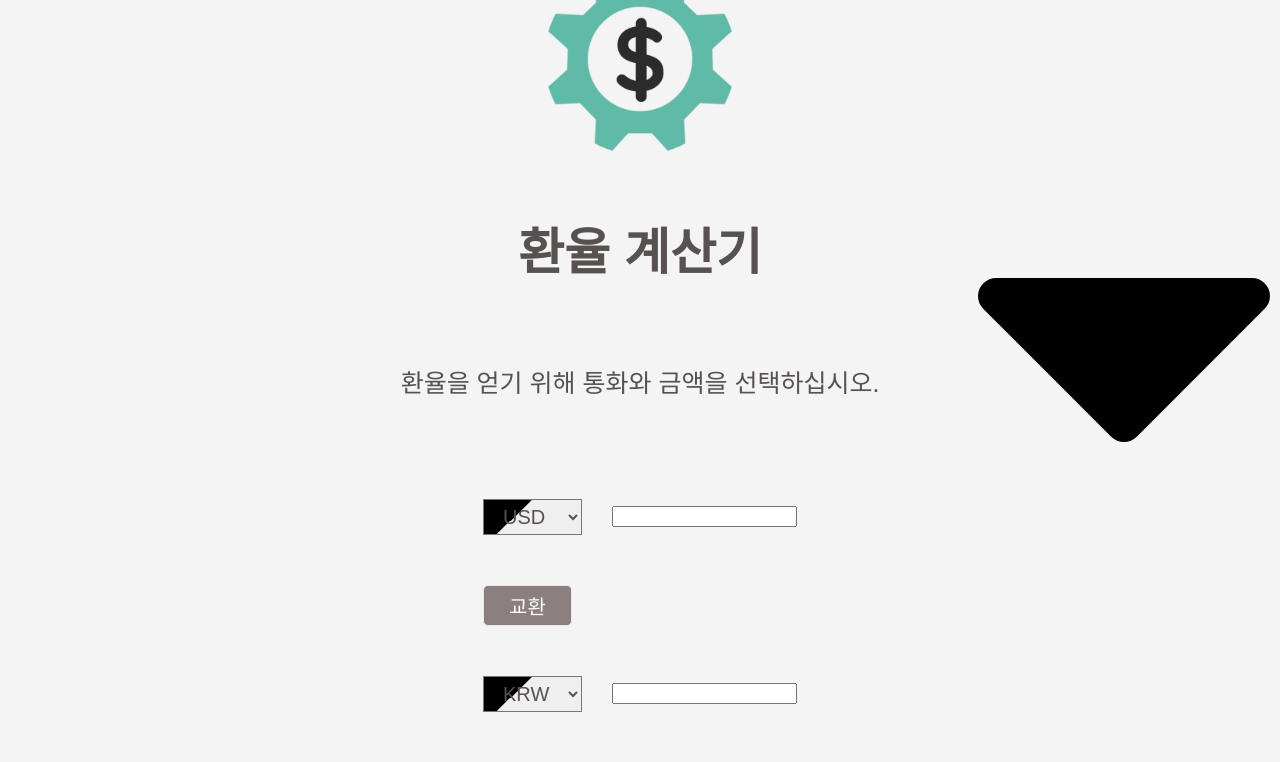
Repository: AbrorjonKuchkarov/exchange-rate
Page: index.html
The author's editor kept a copy of each file at every save. The page is drawn from the files as they stood at one save, then again after the next save.
The browser window is 1280 px wide. The pictures show the whole page.

Above is the page before, as saved 2022-02-24 01:40:18.

After the next save:
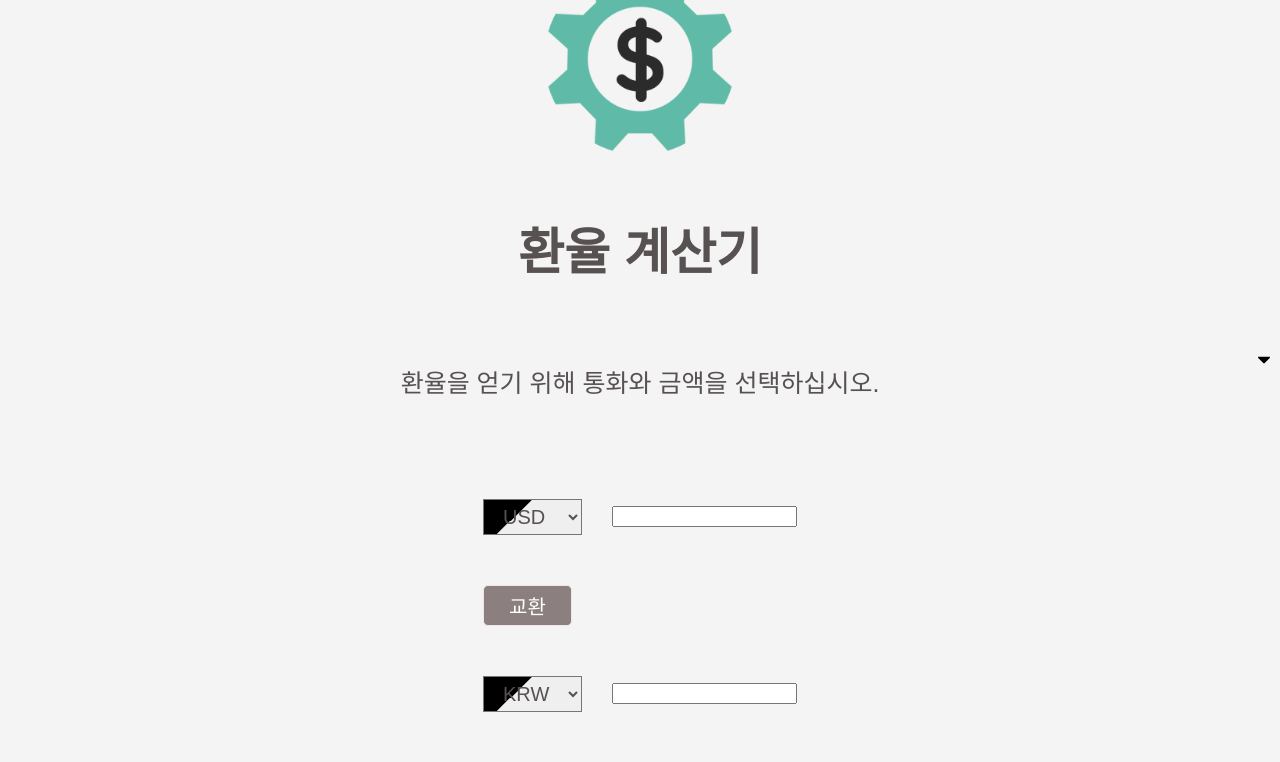
Saved 24 s later.
--- a/style.css
+++ b/style.css
@@ -15,6 +15,7 @@ body {
    background-image: url('data:[embedded picture, 475 characters]');
    background-position: right 10px top 50%;
    background-repeat: no-repeat;
+   background-size: 12px;
 }
 
 img {
